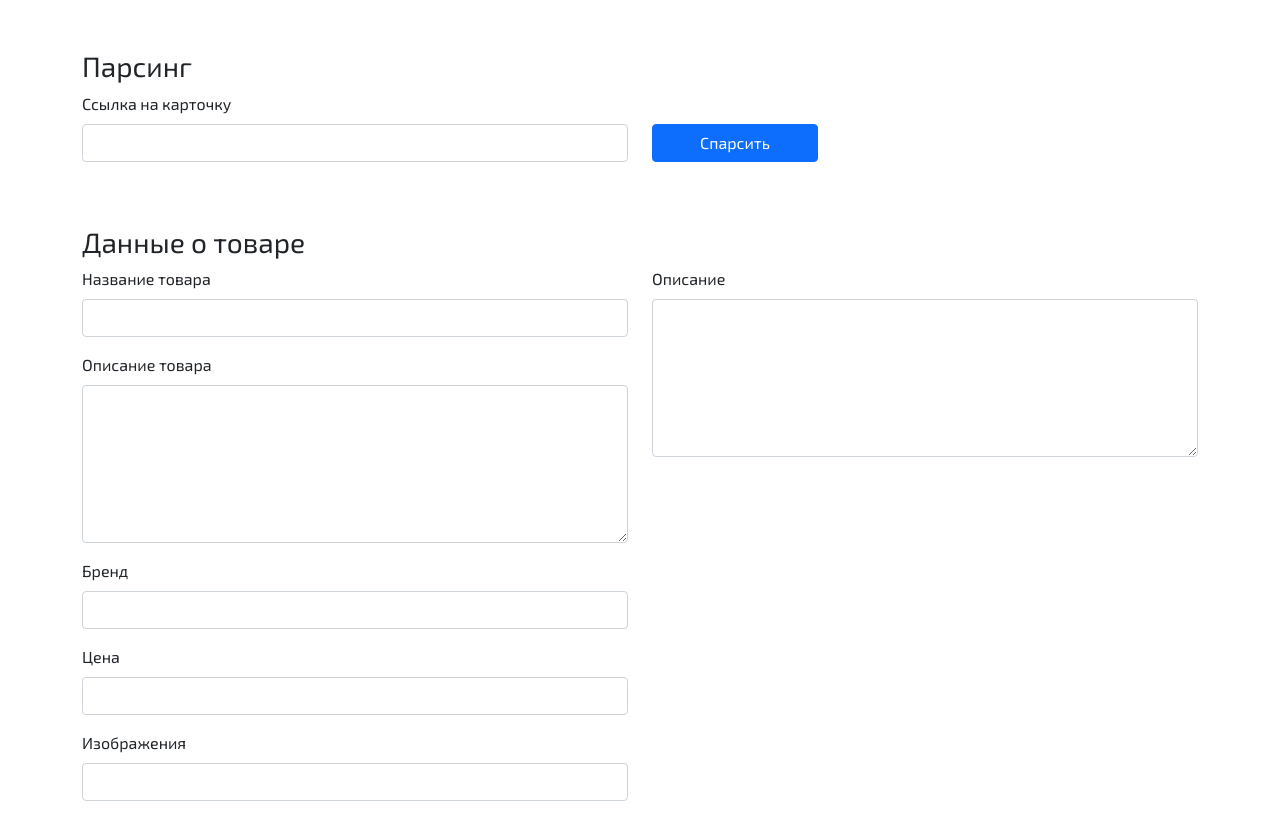
Repository: yozuul/wildberries-product-card-parser-api-exchange
Page: public/index.html
An editor plug-in stored every save of this project. The page is shown before and after a run of saves, followed by the edit.
The browser window is 1280 px wide. The pictures show the whole page.

Above is the page before, as saved 2021-08-18 20:09:51.

After the next 2 saves:
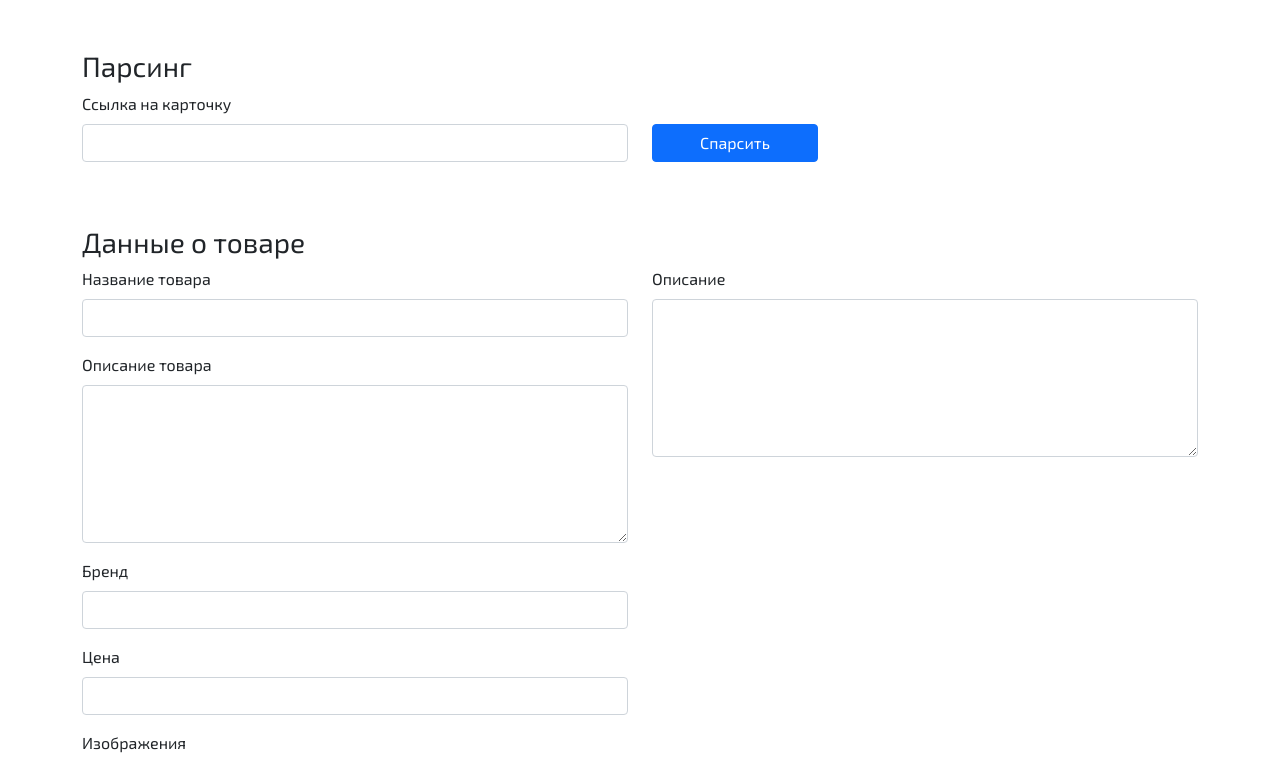
The 2 saves are shown as one change because they came seconds apart.
The last was saved 16 s later.
--- a/public/index.html
+++ b/public/index.html
@@ -48,7 +48,7 @@
             </div>
             <div class="mb-3">
                <label for="productImages" class="form-label">Изображения</label>
-               <input type="text" class="form-control" id="productImages">
+               <!-- <input type="text" class="form-control" id="productImages"> -->
             </div>
           </div>
           <div class="col">
